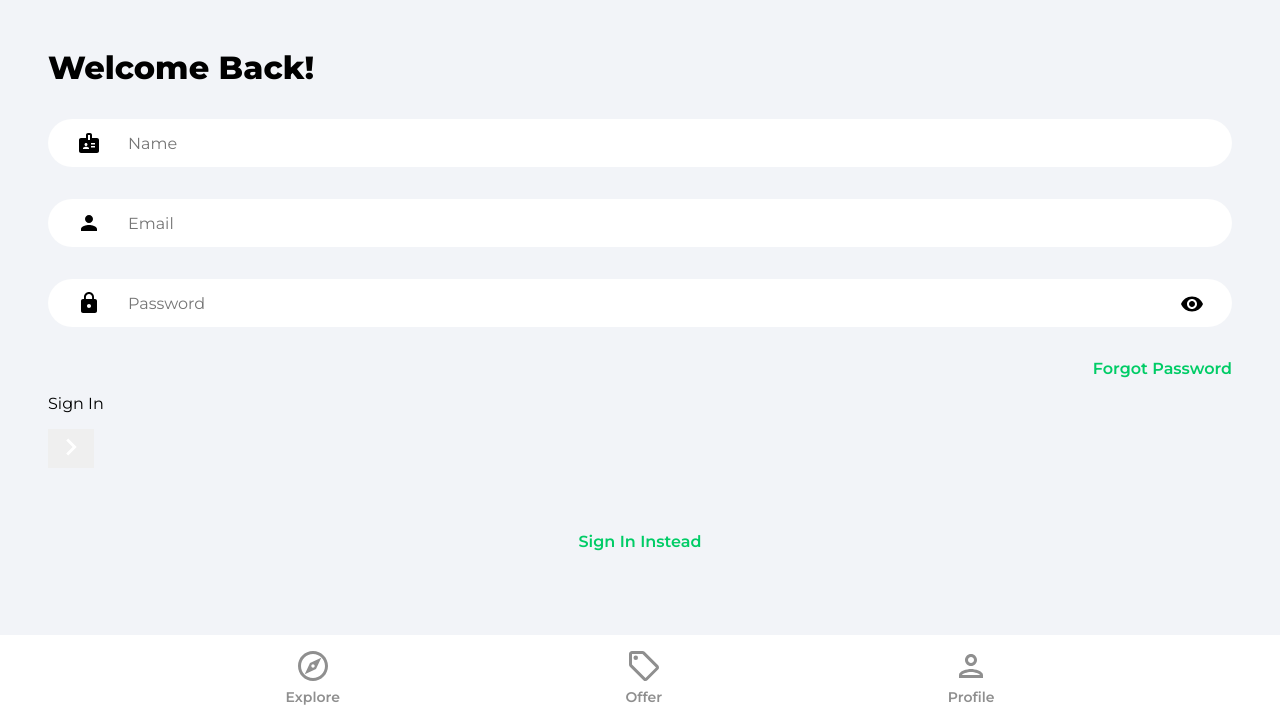
Repository: harvir619/Real-Estate-Market-App
Page: /sign-up
These files come from the project's save history. The page is drawn as it stood at one moment and after the next save; the edit follows.
The browser window is 1280 px wide. The pictures show the whole page.
The project was rebuilt for these pictures with package versions that can differ from the ones it lists, and the page was loaded fresh each time. Also part of the build but not shown: vite.config.js, src/pages/Explore.jsx, src/pages/Profile.jsx, src/pages/ForgotPassword.jsx, src/pages/Offers.jsx, src/pages/SignIn.jsx.

Above is the page before, as saved 2023-06-15 17:55:11.

After the next save:
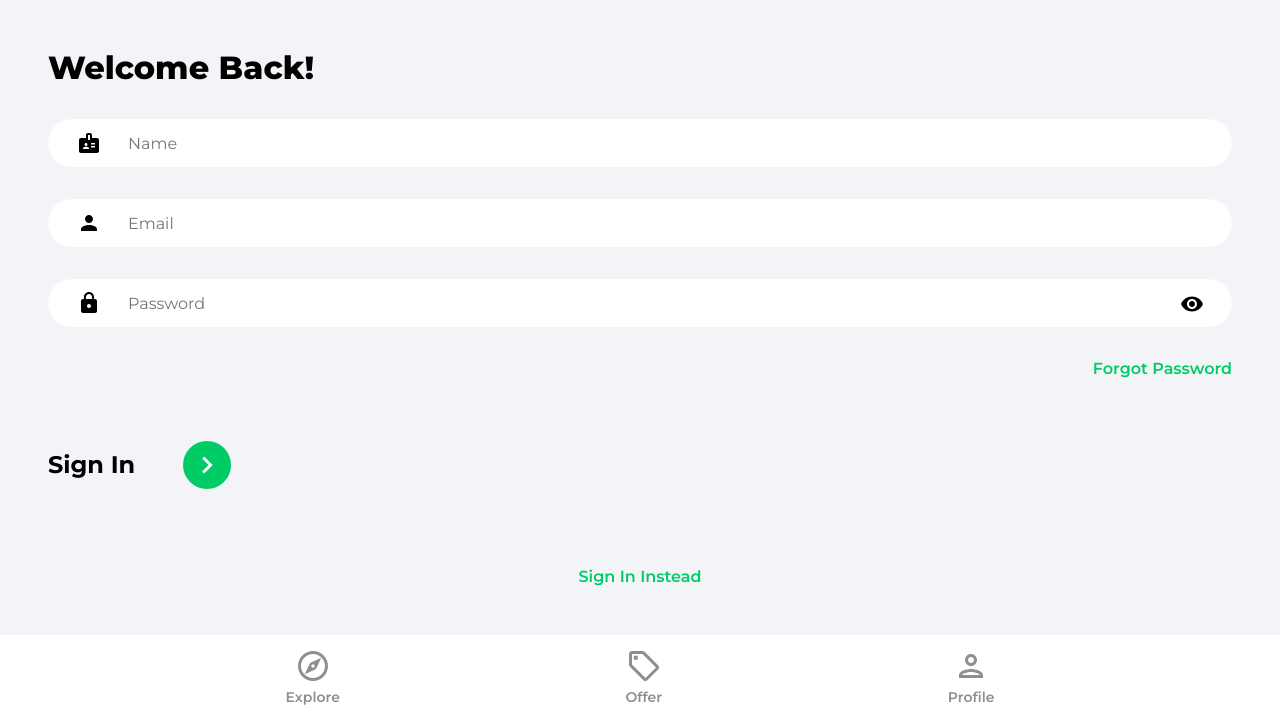
Saved 67 s later.
--- a/src/pages/SignUp.jsx
+++ b/src/pages/SignUp.jsx
@@ -63,9 +63,10 @@
           </div>
           <Link to='/forgot-password' className='forgotPasswordLink'>Forgot Password</Link>
 
-          <div className="SignInBar">
-            <p className="SignInText">Sign In</p>
-            <button className="SignInButton">
+
+          <div className="signInBar">
+            <p className="signInText">Sign In</p>
+            <button className="signInButton">
               <ArrowRightIcon fill="#ffffff" width="34px" height="34px" />
             </button>
 

After the save that followed:
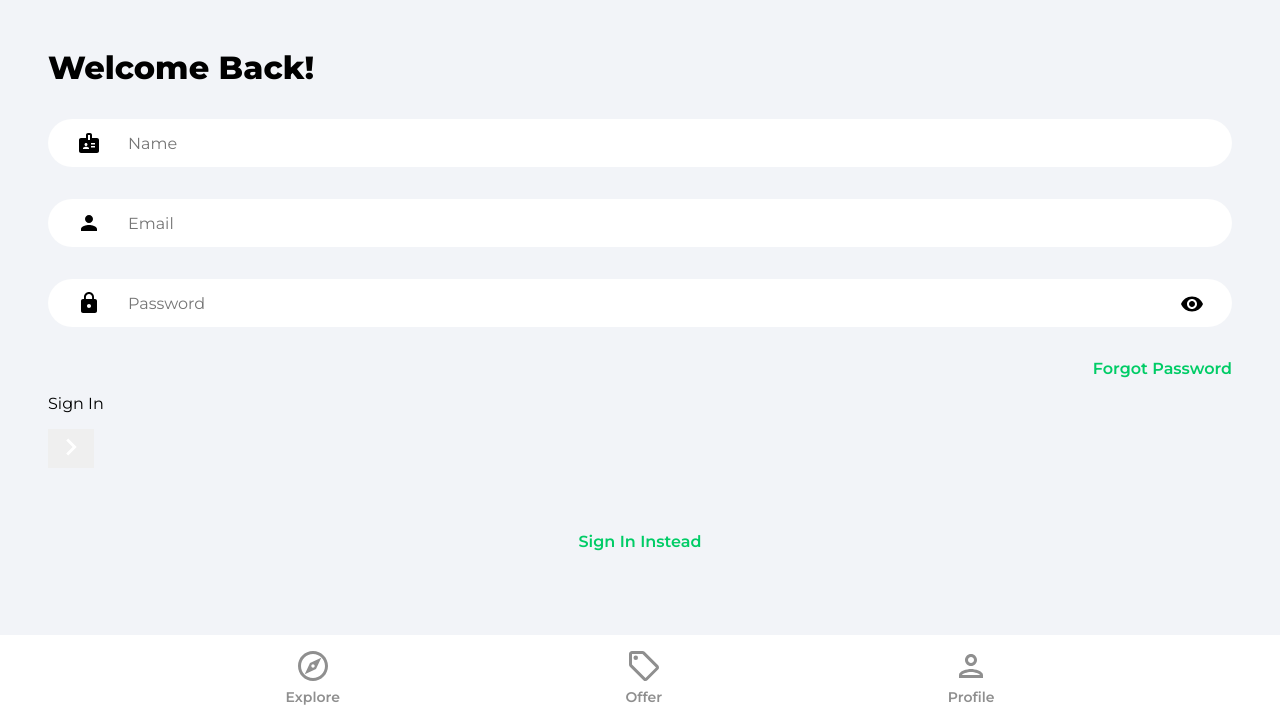
Saved 14 s later.
--- a/src/pages/SignUp.jsx
+++ b/src/pages/SignUp.jsx
@@ -63,10 +63,9 @@
           </div>
           <Link to='/forgot-password' className='forgotPasswordLink'>Forgot Password</Link>
 
-
-          <div className="signInBar">
-            <p className="signInText">Sign In</p>
-            <button className="signInButton">
+          <div className="SignInBar">
+            <p className="SignInText">Sign In</p>
+            <button className="SignInButton">
               <ArrowRightIcon fill="#ffffff" width="34px" height="34px" />
             </button>
 
